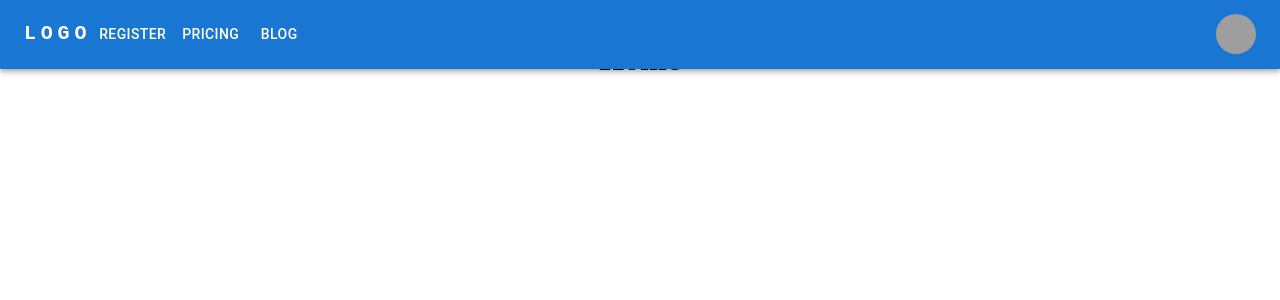
Repository: GabrielLeao02/sistema-react
Page: /
An editor plug-in stored every save of this project. The page is shown before and after the next save, followed by the edit.
The browser window is 1280 px wide. The pictures show the whole page.
Pictures or frames that could not be fetched are drawn as grey boxes. The project was rebuilt for these pictures with package versions that can differ from the ones it lists, and the page was loaded fresh each time. Also part of the build but not shown: src/presenter/form/formUser.tsx, src/presenter/form/formLogin.tsx, src/presenter/register/register.tsx.

Above is the page before, as saved 2023-07-24 15:44:35.

### index.html
<!DOCTYPE html>
<html lang="en">
  <head>
    <meta charset="UTF-8" />
    <link rel="icon" type="image/svg+xml" href="/vite.svg" />
    <meta name="viewport" content="width=device-width, initial-scale=1.0" />
    <title>Vite + React + TS</title>
    <style>
      html, body{
        margin: 0;
        padding: 0;
        box-sizing: border-box;
      }
    </style>
  </head>
  <body>
    <div id="root"></div>
    <script type="module" src="/src/main.tsx"></script>
  </body>
</html>

### src/App.tsx

import { Routes, Route, BrowserRouter } from 'react-router-dom';
import Home from './presenter/home/home';
import Register from './presenter/register/register';
import NavBar from './presenter/navBar/navBar';
import ContainerGlobal from './presenter/containerGlobal/containerGlobal';

function App() {
	return (
		<>
			<NavBar />
			<ContainerGlobal>
				<BrowserRouter>
					<Routes>
						<Route path='/' element={<Home />} />
						<Route path='/home' element={<Home />} />
						<Route path='/register' element={<Register />} />
					</Routes>
				</BrowserRouter>
			</ContainerGlobal>
		</>
	);
}

export default App;

### src/presenter/home/home.tsx
import NavBar from "../navBar/navBar";


function Home() {
	return (
		<div>
			<h1>Home</h1>
		</div>
	);
}

export default Home;

### src/presenter/navBar/navBar.tsx
import * as React from 'react';
import AppBar from '@mui/material/AppBar';
import Box from '@mui/material/Box';
import Toolbar from '@mui/material/Toolbar';
import IconButton from '@mui/material/IconButton';
import Typography from '@mui/material/Typography';
import Menu from '@mui/material/Menu';
import MenuIcon from '@mui/icons-material/Menu';
import Container from '@mui/material/Container';
import Avatar from '@mui/material/Avatar';
import Button from '@mui/material/Button';
import Tooltip from '@mui/material/Tooltip';
import MenuItem from '@mui/material/MenuItem';
import { styled } from "styled-components";

const NavBarStyled = styled.div`
  box-sizing: border-box;
  position: absolute;
  top: 0;
  width: 100%;
  display: flex;
  border: non;
  justify-content: space-between;
  align-items: center;
`;

const pages = ['register', 'Pricing', 'Blog'];
const settings = ['Profile', 'Account', 'Dashboard', 'Logout'];

const NavBar: React.VFC = () => {
    const [anchorElNav, setAnchorElNav] = React.useState<null | HTMLElement>(null);
    const [anchorElUser, setAnchorElUser] = React.useState<null | HTMLElement>(null);

    const handleOpenNavMenu = (event: React.MouseEvent<HTMLElement>) => {
        setAnchorElNav(event.currentTarget);
    };
    const handleOpenUserMenu = (event: React.MouseEvent<HTMLElement>) => {
        setAnchorElUser(event.currentTarget);
    };

    const handleCloseNavMenu = (event: string) => {
        window.location.href = "/" + event;
    };

    const handleCloseUserMenu = () => {
        setAnchorElUser(null);
    };

    return (
        <NavBarStyled>
            <AppBar position="static">
                <Container maxWidth="xl">
                    <Toolbar disableGutters>
                        <Typography
                            variant="h6"
                            noWrap
                            component="a"
                            href="/home"
                            sx={{
                                fontFamily: 'monospace',
                                fontWeight: 700,
                                letterSpacing: '.3rem',
                                color: 'inherit',
                                textDecoration: 'none',
                            }}
                        >
                            LOGO
                        </Typography>

                        <Box sx={{ flexGrow: 1, display: { xs: 'flex', md: 'none' } }}>
                            <IconButton
                                size="large"
                                aria-label="account of current user"
                                aria-controls="menu-appbar"
                                aria-haspopup="true"
                                onClick={handleOpenNavMenu}
                                color="inherit"
                            >
                                <MenuIcon />
                            </IconButton>
                            <Menu
                                id="menu-appbar"
                                anchorEl={anchorElNav}
                                anchorOrigin={{
                                    vertical: 'bottom',
                                    horizontal: 'left',
                                }}
                                keepMounted
                                transformOrigin={{
                                    vertical: 'top',
                                    horizontal: 'left',
                                }}
                                open={Boolean(anchorElNav)}
                                onClose={handleCloseNavMenu}
                                sx={{
                                    display: { xs: 'block', md: 'none' },
                                }}
                            >
                                {pages.map((page) => (
                                    <MenuItem key={page} onClick={() => handleCloseNavMenu(page)}>
                                        <Typography textAlign="center">{page}</Typography>
                                    </MenuItem>
                                ))}
                            </Menu>
                        </Box>

                        <Box sx={{ flexGrow: 1, display: { xs: 'none', md: 'flex' } }}>
                            {pages.map((page) => (
                                <Button
                                    key={page}
                                    onClick={() => handleCloseNavMenu(page)}
                                    sx={{ my: 2, color: 'white', display: 'block' }}
                                >
                                    {page}
                                </Button>
                            ))}
                        </Box>

                        <Box sx={{ flexGrow: 0 }}>
                            <Tooltip title="Open settings">
                                <IconButton onClick={handleOpenUserMenu} sx={{ p: 0 }}>
                                    <Avatar alt="Remy Sharp" src="/static/images/avatar/2.jpg" />
                                </IconButton>
                            </Tooltip>
                            <Menu
                                sx={{ mt: '45px' }}
                                id="menu-appbar"
                                anchorEl={anchorElUser}
                                anchorOrigin={{
                                    vertical: 'top',
                                    horizontal: 'right',
                                }}
                                keepMounted
                                transformOrigin={{
                                    vertical: 'top',
                                    horizontal: 'right',
                                }}
                                open={Boolean(anchorElUser)}
                                onClose={handleCloseUserMenu}
                            >
                                {settings.map((setting) => (
                                    <MenuItem key={setting} onClick={handleCloseUserMenu}>
                                        <Typography textAlign="center">{setting}</Typography>
                                    </MenuItem>
                                ))}
                            </Menu>
                        </Box>
                    </Toolbar>
                </Container>
            </AppBar>
        </NavBarStyled>
    );
};

export default NavBar;

### src/presenter/containerGlobal/containerGlobal.tsx
import styled from "styled-components";

const ContainerGlobal = styled.div`
    padding: 20px;
    box-sizing: border-box;
    width: 100%;
    display: flex;
    justify-content: center;

`
export default ContainerGlobal

Loaded but not shown: src/main.tsx (common file)

After the next save:
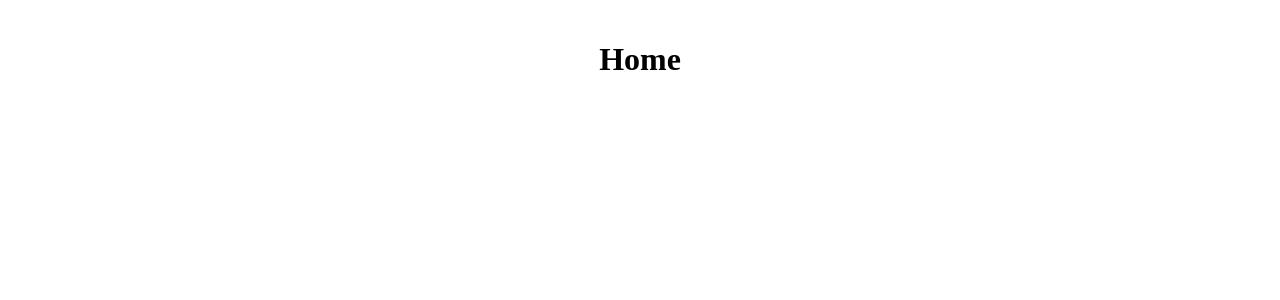
Saved 80 s later.
--- a/src/App.tsx
+++ b/src/App.tsx
@@ -8,7 +8,7 @@
 function App() {
 	return (
 		<>
-			<NavBar />
+
 			<ContainerGlobal>
 				<BrowserRouter>
 					<Routes>

After the save that followed:
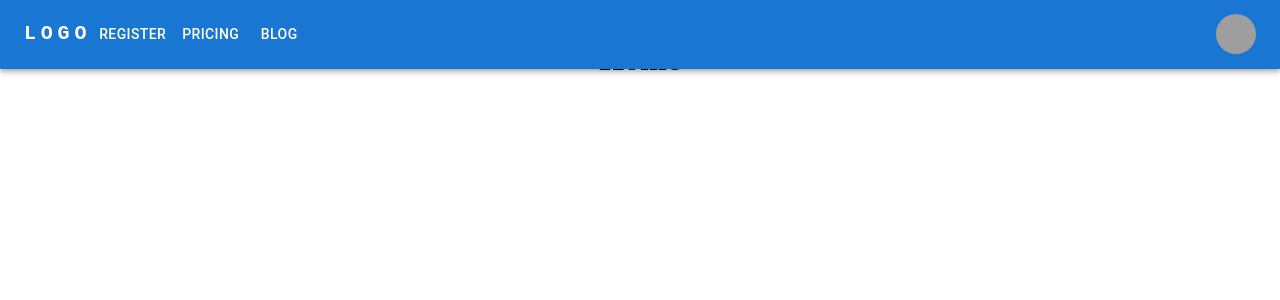
Saved 5 s later.
--- a/src/App.tsx
+++ b/src/App.tsx
@@ -8,7 +8,7 @@
 function App() {
 	return (
 		<>
-
+			<NavBar />
 			<ContainerGlobal>
 				<BrowserRouter>
 					<Routes>
